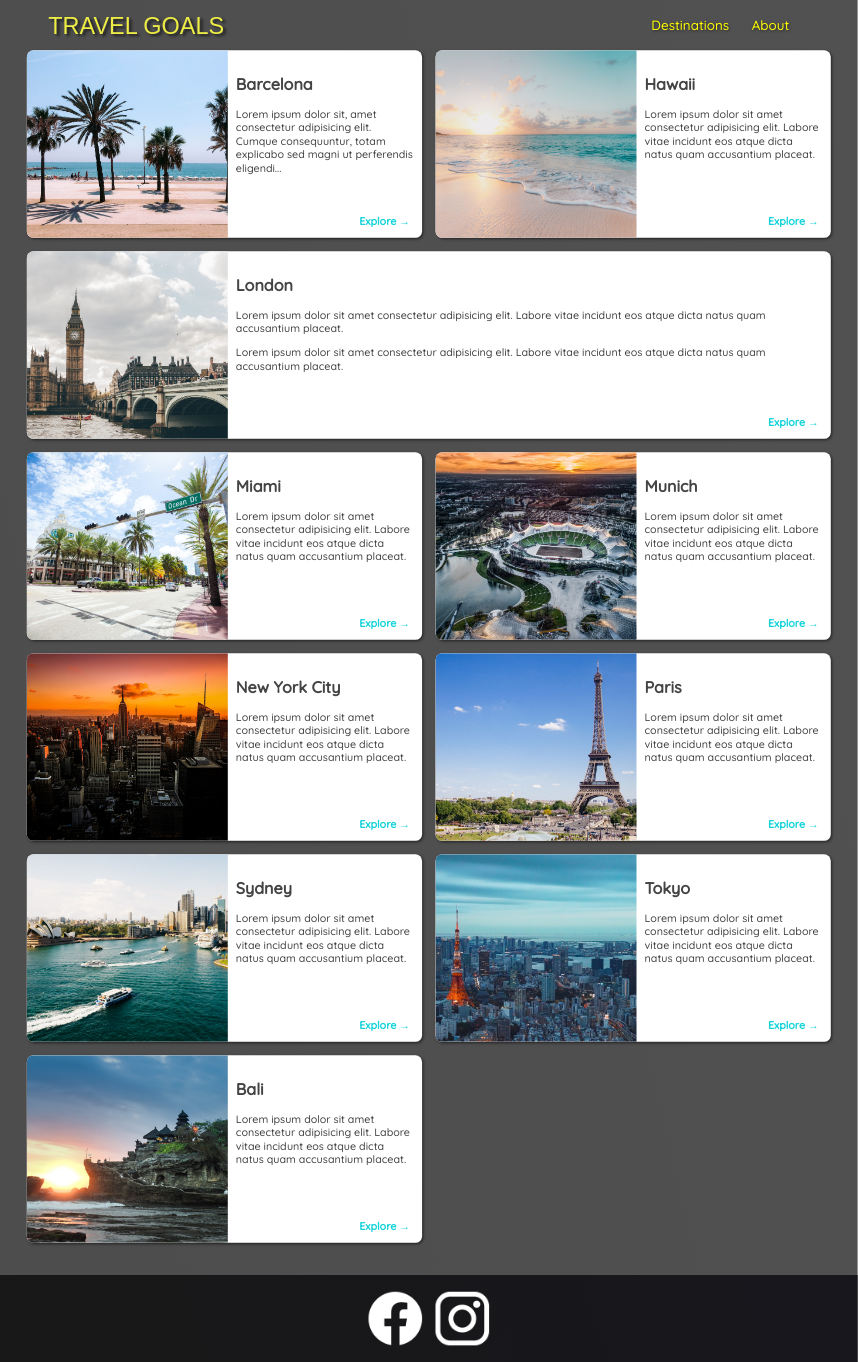
Repository: MicTomm/Travel-Goals
Page: places.html
An editor plug-in stored every save of this project. The page is shown before and after the next save, followed by the edit.
The browser window is 1280 px wide. The pictures show the whole page, at 67% of full size.
Some web fonts or font styles are not loaded; a fallback is used.

Above is the page before, as saved 2023-06-09 10:47:50.

### places.html
<!DOCTYPE html>
<html lang="it">

<head>
    <meta charset="UTF-8">
    <title>Travel Goals</title>
    <link rel="stylesheet"
        href="https://fonts.googleapis.com/css2?family=Raleway:wght@700&family=Oleo+Script:wght@700&family=Quicksand:wght@300;500&display=swap">
    <link href="/styles/shared.css" rel="stylesheet">
    <link href="/styles/places.css" rel="stylesheet">
</head>

<body>
    <header>
        <div id="logo">
            <a href="/index.html">Travel Goals</a>
        </div>
        <nav>
            <ul>
                <li><a href="/places.html">Destinations</a></li>
                <li><a href="">About</a></li>
            </ul>
        </nav>
    </header>
    <main>
        <ul>
            <li>
                <img src="images/places/barcelona.jpg" alt="Barcelona">
                <div class="item-content">
                    <div>
                        <h2>Barcelona</h2>
                        <p>
                            Lorem ipsum dolor sit, amet consectetur adipisicing elit. Cumque consequuntur, totam
                            explicabo sed magni ut perferendis eligendi...
                        </p>
                    </div>
                    <div class="actions">
                        <a href="https://en.wikipedia.org/wiki/Barcelona">Explore &#x2192</a>
                    </div>
                </div>
            </li>
            <li>
                <img src="images/places/hawaii.jpg" alt="Hawaii beach" />
                <div class="item-content">
                    <div>
                        <h2>Hawaii</h2>
                        <p>
                            Lorem ipsum dolor sit amet consectetur adipisicing elit. Labore
                            vitae incidunt eos atque dicta natus quam accusantium placeat.
                        </p>
                    </div>
                    <div class="actions">
                        <a href="https://en.wikipedia.org/wiki/Hawaii">Explore &#x2192</a>
                    </div>
                </div>
            </li>
            <li>
                <img src="images/places/london.jpg" alt="London city" />
                <div class="item-content">
                    <div>
                        <h2>London</h2>
                        <p>
                            Lorem ipsum dolor sit amet consectetur adipisicing elit. Labore
                            vitae incidunt eos atque dicta natus quam accusantium placeat.
                        </p>
                        <p>
                            Lorem ipsum dolor sit amet consectetur adipisicing elit. Labore
                            vitae incidunt eos atque dicta natus quam accusantium placeat.
                        </p>
                    </div>
                    <div class="actions">
                        <a href="https://en.wikipedia.org/wiki/London">Explore &#x2192</a>
                    </div>
                </div>
            </li>
            <li>
                <img src="images/places/miami.jpg" alt="Miami streets" />
                <div class="item-content">
                    <div>
                        <h2>Miami</h2>
                        <p>
                            Lorem ipsum dolor sit amet consectetur adipisicing elit. Labore
                            vitae incidunt eos atque dicta natus quam accusantium placeat.
                        </p>
                    </div>
                    <div class="actions">
                        <a href="https://en.wikipedia.org/wiki/Miami">Explore &#x2192</a>
                    </div>
                </div>
            </li>
            <li>
                <img src="images/places/munich.jpg" alt="Munich football stadium" />
                <div class="item-content">
                    <div>
                        <h2>Munich</h2>
                        <p>
                            Lorem ipsum dolor sit amet consectetur adipisicing elit. Labore
                            vitae incidunt eos atque dicta natus quam accusantium placeat.
                        </p>
                    </div>
                    <div class="actions">
                        <a href="https://en.wikipedia.org/wiki/Munich">Explore &#x2192</a>
                    </div>
                </div>
            </li>
            <li>
                <img src="images/places/new-york-city.jpg" alt="New York City skyline" />
                <div class="item-content">
                    <div>
                        <h2>New York City</h2>
                        <p>
                            Lorem ipsum dolor sit amet consectetur adipisicing elit. Labore
                            vitae incidunt eos atque dicta natus quam accusantium placeat.
                        </p>
                    </div>
                    <div class="actions">
                        <a href="https://en.wikipedia.org/wiki/New_York_City">Explore &#x2192</a>
                    </div>
                </div>
            </li>
            <li>
                <img src="images/places/paris.jpg" alt="Paris city" />
                <div class="item-content">
                    <div>
                        <h2>Paris</h2>
                        <p>
                            Lorem ipsum dolor sit amet consectetur adipisicing elit. Labore
                            vitae incidunt eos atque dicta natus quam accusantium placeat.
                        </p>
                    </div>
                    <div class="actions">
                        <a href="https://en.wikipedia.org/wiki/Paris">Explore &#x2192</a>
                    </div>
                </div>
            </li>
            <li>
                <img src="images/places/sydney.jpg" alt="Sydney beach" />
                <div class="item-content">
                    <div>
                        <h2>Sydney</h2>
                        <p>
                            Lorem ipsum dolor sit amet consectetur adipisicing elit. Labore
                            vitae incidunt eos atque dicta natus quam accusantium placeat.
                        </p>
                    </div>
                    <div class="actions">
                        <a href="https://en.wikipedia.org/wiki/Sydney">Explore &#x2192</a>
                    </div>
                </div>
            </li>
            <li>
                <img src="images/places/tokyo.jpg" alt="Tokyo skyline" />
                <div class="item-content">
                    <div>
                        <h2>Tokyo</h2>
                        <p>
                            Lorem ipsum dolor sit amet consectetur adipisicing elit. Labore
                            vitae incidunt eos atque dicta natus quam accusantium placeat.
                        </p>
                    </div>
                    <div class="actions">
                        <a href="https://en.wikipedia.org/wiki/Tokyo">Explore &#x2192</a>
                    </div>
                </div>
            </li>
            <li>
                <img src="images/places/bali.jpg" alt="Bali beach" />
                <div class="item-content">
                    <div>
                        <h2>Bali</h2>
                        <p>
                            Lorem ipsum dolor sit amet consectetur adipisicing elit. Labore
                            vitae incidunt eos atque dicta natus quam accusantium placeat.
                        </p>
                    </div>
                    <div class="actions">
                        <a href="https://en.wikipedia.org/wiki/Bali">Explore &#x2192</a>
                    </div>
                </div>
            </li>
        </ul>
    </main>
    <footer>
        <ul>
            <li>
                <a href="https://www.facebook.com/" title="facebook">
                    <img src="/images/icons/facebook.png" alt="facebook-icon">
                </a>
            </li>
            <li>
                <a href="https://www.instagram.com/" title="instagram">
                    <img src="/images/icons/insta.png" alt="instagram-icon">
                </a>
            </li>
    </footer>
</body>

</html>

### styles/shared.css
body {
    margin: 0px;
    font-family: 'Quicksand', sans-serif;
}

ul {
    list-style: none;
    padding: 0px;
    margin: 0px;
}

header {
    display: flex;
    justify-content: space-between;
    align-items: center;
    padding: 15px 60px;
    position: absolute;
    width: 100%;
    top: 0;
    left: 0;
    box-sizing: border-box;
}

header ul {
    margin: 10px;
    display: flex;
    justify-content: space-between;
    width: 250px;
}

header li {
    width: 100px;
}

header a {
    color: yellow;
    text-decoration: none;
    font-size: 20px;
    padding: 12px;
    text-shadow: 1px 1px 4px rgba(0, 0, 0, 0.5);
}

header a:hover {
    background-color: yellow;
    box-shadow: 2px 2px 4px rgba(0, 0, 0, 0.5);
    color: rgb(67, 60, 60);
    text-shadow: 1px 1px 2px rgb(0, 0, 0, 0.5);
    border-radius: 8px;
}

footer{
    background: linear-gradient(70deg, rgb(24, 24, 24), rgb(23, 23, 29));
    padding: 25px;
}

footer ul{
    display: flex;
    justify-content: center;
}

footer li{
    width: 80px;
    height: 80px;
    margin: 0px 10px;
}

footer img{
    width: 100%;
    height: 100%;
}

#logo a {
    font-family: 'Oleo script', sans-serif;
    font-size: 35px;
    text-decoration: none;
    color: rgb(237, 237, 70);
    text-shadow: 4px 4px 4px rgb(31, 29, 29);
    text-transform: uppercase;
}

#logo a:hover {
    background-color: transparent;

}

### styles/places.css
body {
    background: linear-gradient(77deg, rgb(77, 77, 77), rgb(81, 81, 81));
    color: rgb(68, 68, 68);
}

/*
    position: static sovrascrive il comportamento impostato per l'header nel file shared.css, al fine
    di evitare la sovrapposizione delle prime card sull'header
*/
header {
    position: static;
}

main ul {
    width: 1200px;
    margin: 0 auto 48px auto;
    display: grid;
    grid-template-columns: 1fr 1fr;
    gap: 20px 20px;
}

main li {
    display: flex;
    background-color: white;
    border-radius: 10px;
    overflow: hidden;
    box-shadow: 2px 2px 4px rgba(0, 0, 0, 0.5);
}

main li:nth-of-type(3){
    grid-column: 1 / span 2;
}

main li:nth-last-of-type(8){
    grid-column: 1 / span 2;
}

main li img {
    height: 280px;
    width: 300px;
    object-fit: cover;
}

/*card-content*/
.item-content{
    margin: 0px 12px;
    padding: 15px 0px;
    display: flex;
    flex-direction: column;
    justify-content: space-between;

}

/*card "explore link"*/
.actions{
    text-align: right;
}

.actions a{
    text-decoration: none;
    color: rgb(22, 211, 218);
    border-radius: 8px;
    box-shadow: 2px, 2px, 4px, black;
    padding:6px;
    font-weight: 600;
}

.actions a:hover{
    text-shadow: 1px 1px 2px  rgb(6, 150, 155) ;
    background-color:rgb(227, 251, 251);
}

After the next save:
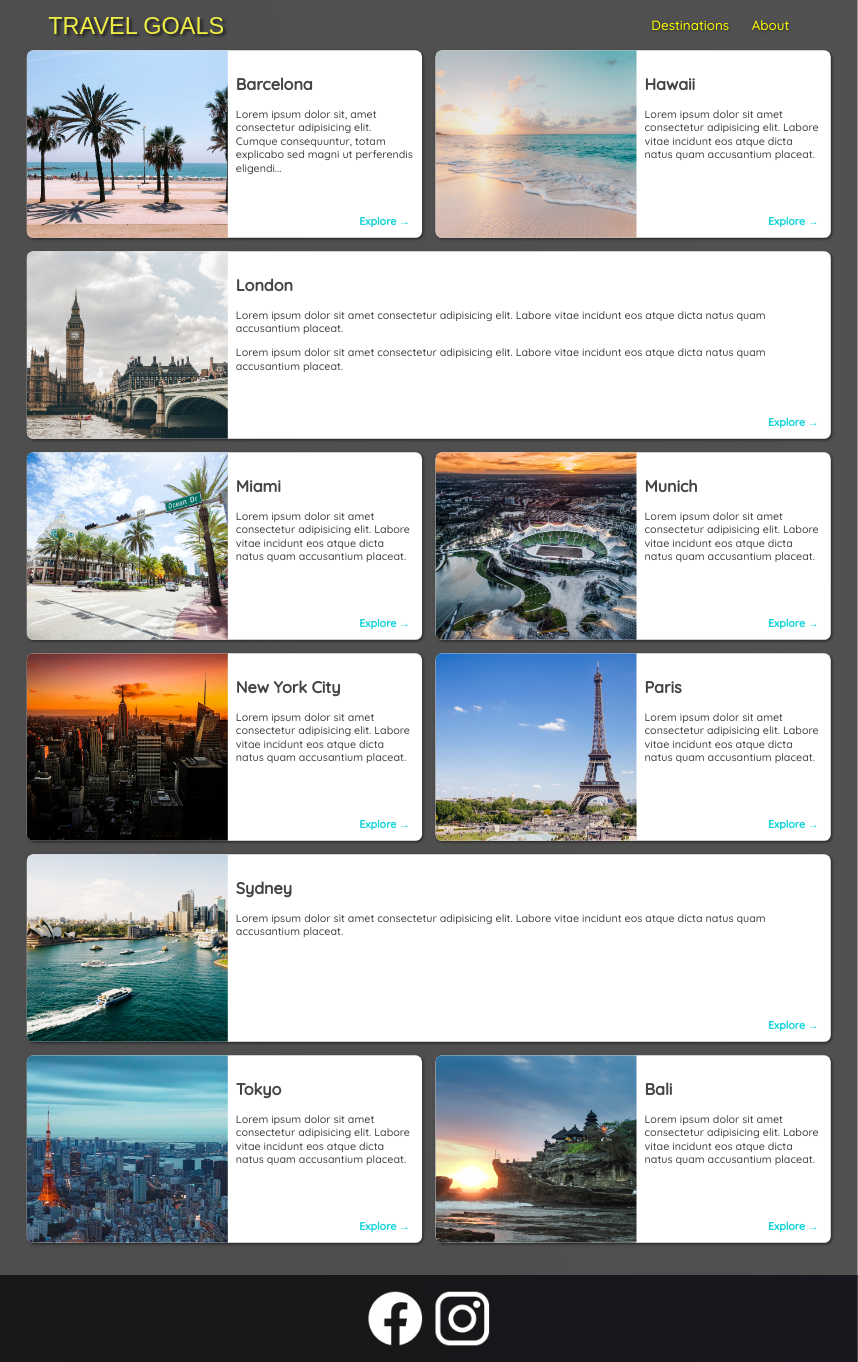
Saved 27 s later.
--- a/styles/places.css
+++ b/styles/places.css
@@ -31,7 +31,7 @@ main li:nth-of-type(3){
     grid-column: 1 / span 2;
 }
 
-main li:nth-last-of-type(8){
+main li:nth-of-type(8){
     grid-column: 1 / span 2;
 }
 
